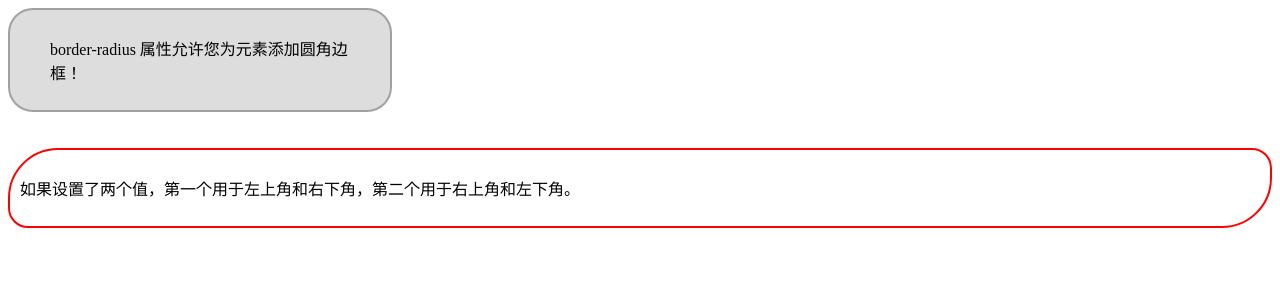
Repository: F000top/ele
Page: test.html
The author's editor kept a copy of each file at every save. The page is drawn from the files as they stood at one save, then again after the next save.
The browser window is 1280 px wide. The pictures show the whole page.

Above is the page before, as saved 2022-06-07 23:28:35.

### test.html
<meta charset="utf-8">
<title>radius属性</title>
<style>
#example1
{
	border:2px solid #a1a1a1;
	padding:10px 40px;
	background:#dddddd;
	width:300px;
	border-radius:25px;
}
#example2 {
  border: 2px solid red;
  padding: 10px;
  border-radius: 50px 20px;
}
</style>
</head>
<body>
<div id="example1">
  <p>border-radius 属性允许您为元素添加圆角边框！</p>
</div>
<br><br>
<div id="example2">
  <p>如果设置了两个值，第一个用于左上角和右下角，第二个用于右上角和左下角。</p>
</div>
</body>
</html>

After the next save:
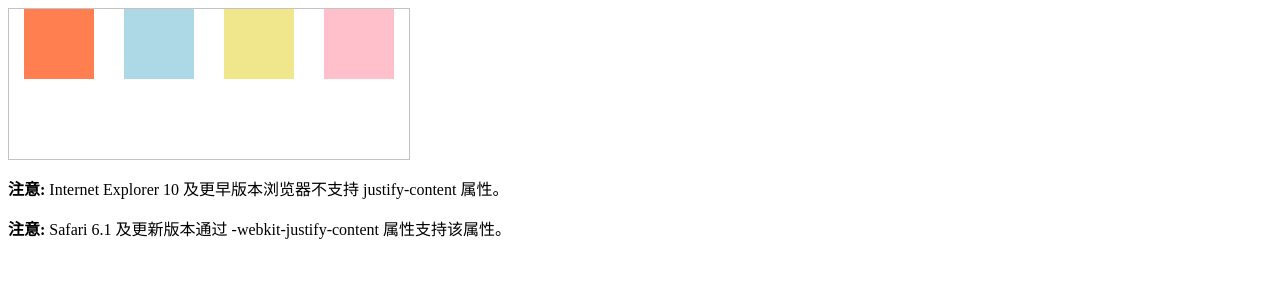
Saved 3 min 26 s later.
--- a/test.html
+++ b/test.html
@@ -1,28 +1,36 @@
+<!DOCTYPE html>
+<html>
+<head>
 <meta charset="utf-8">
-<title>radius属性</title>
+<title>菜鸟教程(runoob.com)</title>
 <style>
-#example1
-{
-	border:2px solid #a1a1a1;
-	padding:10px 40px;
-	background:#dddddd;
-	width:300px;
-	border-radius:25px;
+#main {
+    width: 400px;
+    height: 150px;
+    border: 1px solid #c3c3c3;
+    display: -webkit-flex; /* Safari */
+    -webkit-justify-content: space-around; /* Safari 6.1+ */
+    display: flex;
+    justify-content: space-around;
 }
-#example2 {
-  border: 2px solid red;
-  padding: 10px;
-  border-radius: 50px 20px;
+
+#main div {
+    width: 70px;
+    height: 70px;
 }
 </style>
 </head>
 <body>
-<div id="example1">
-  <p>border-radius 属性允许您为元素添加圆角边框！</p>
+
+<div id="main">
+  <div style="background-color:coral;"></div>
+  <div style="background-color:lightblue;"></div>
+  <div style="background-color:khaki;"></div>
+  <div style="background-color:pink;"></div>
 </div>
-<br><br>
-<div id="example2">
-  <p>如果设置了两个值，第一个用于左上角和右下角，第二个用于右上角和左下角。</p>
-</div>
+
+<p><b>注意:</b> Internet Explorer 10 及更早版本浏览器不支持 justify-content 属性。</p>
+<p><b>注意:</b> Safari 6.1 及更新版本通过 -webkit-justify-content 属性支持该属性。</p>
+
 </body>
 </html>
